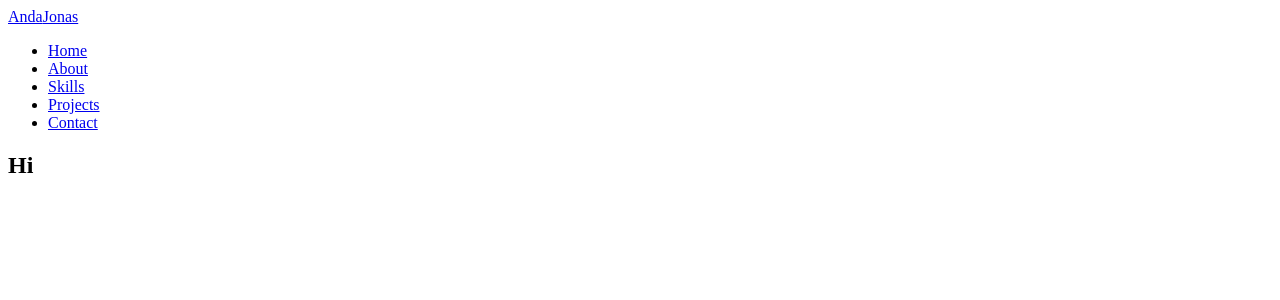
Repository: andajonas/ANDJON25111_fto2505_A_Anda-Jonas_CDV05
Page: index.html
An editor plug-in stored every save of this project. The page is shown before and after a run of saves, followed by the edit.
The browser window is 1280 px wide. The pictures show the whole page.

Above is the page before, as saved 2025-09-19 12:51:58.

### index.html
<!DOCTYPE html>
<html lang="en">
<head>
    <meta charset="UTF-8">
    <meta name="viewport" content="width=device-width, initial-scale=1.0">
    <title>Anda Jonas| Developer Portfolio </title>

</head>
<body>
    <!-- Header and Navigation -->
     <header>
        <div class="container">
            <nav>
                <a href="#" class="logo">Anda<span>Jonas</span></a>
                <div class="menu-btn" id="menu-btn">
                    <i class="fas fa-bars"></i>
                </div>
                <ul class="nav-links" id="nav-links">
                    <li><a href="#home">Home</a></li>
                    <li><a href="#about">About</a></li>
                    <li><a href="#skills">Skills</a></li>
                    <li><a href="#projects">Projects</a></li>
                    <li><a href="#contact">Contact</a></li>
                </ul>
            </nav>
        </div>
     </header>
     <!-- Hero Section -->
     <section id="home" class="hero">
        <div class="container">
            <div class="hero-content">
                <div class="hero-text">
                    <h1>Hi</h1>

After the next 3 saves:
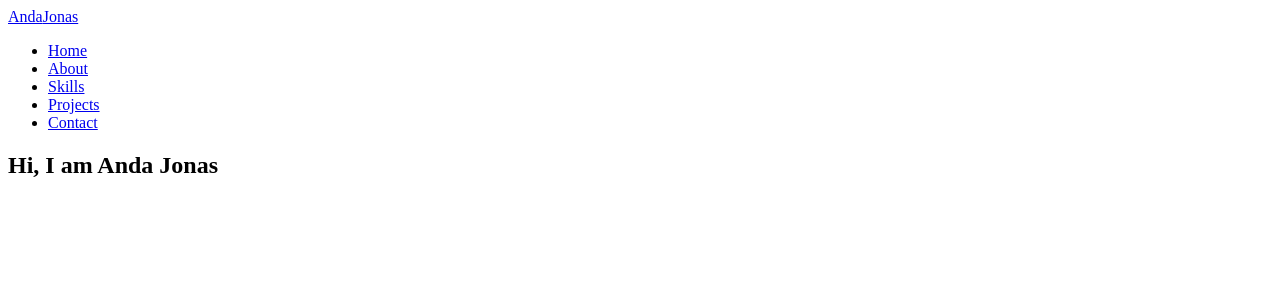
The 3 saves are shown as one change because they came seconds apart.
The last was saved 8 s later.
--- a/index.html
+++ b/index.html
@@ -30,4 +30,4 @@
         <div class="container">
             <div class="hero-content">
                 <div class="hero-text">
-                    <h1>Hi</h1>
+                    <h1>Hi, I am Anda Jonas</h1>
